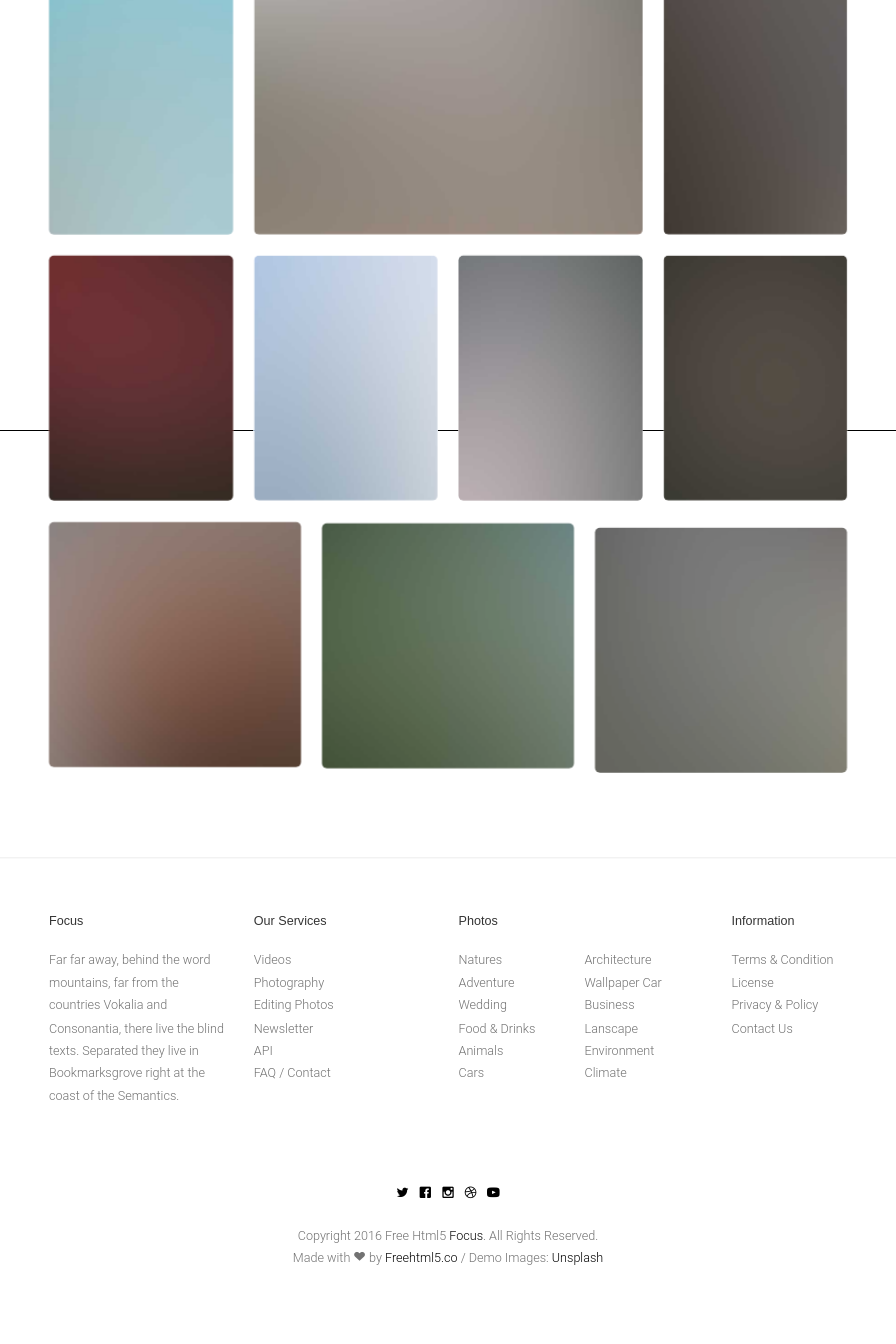
Repository: 0phis/ophis
Page: http://localhost/gallery
These files come from the project's save history. The page is drawn as it stood at one moment and after the next save; the edit follows.
The browser window is 1280 px wide. The pictures show the part of the page from y = 2290 to 4210 px (the page is 4210 px tall before and 4119 px after), at 70% of full size.
The page is served by the project's Node server (app.js). Other server files are loaded and not shown.

Above is the page before, as saved 2017-12-15 10:19:11.

### views/gallery.ejs
<!DOCTYPE html>
<html class="no-js">
	<head>
	<meta charset="utf-8">
	<meta http-equiv="X-UA-Compatible" content="IE=edge">
	<title>Focus &mdash; 100% Free Fully Responsive HTML5 Template by FREEHTML5.co</title>
	<!-- Place favicon.ico and apple-touch-icon.png in the root directory -->
	<link rel="shortcut icon" href="favicon.ico">
	 <!-- Animate.css -->
     <link rel="stylesheet" href="/stylesheets/animate.css">
	<!-- Icomoon Icon Fonts-->
	<link rel="stylesheet" href="/stylesheets/icomoon.css">
	<!-- Bootstrap  -->
	<link rel="stylesheet" href="/stylesheets/bootstrap.css">
	<!-- Magnifoc Popup  -->
    <link rel="stylesheet" href="/stylesheets/magnific-popup.css">


    <link rel="stylesheet" href="/stylesheets/style.css">

	<!-- Modernizr JS -->
    <script src="/javascripts/modernizr-2.6.2.min.js"></script>

	</head>
	<body>

	<nav id="fh5co-main-nav" role="navigation">
		<a href="#" class="js-fh5co-nav-toggle fh5co-nav-toggle active"><i></i></a>
		<div class="js-fullheight fh5co-table">
			<div class="fh5co-table-cell js-fullheight">
				<ul>
					<li><a href="/">Home</a></li>
					<li class="active"><a href="/gallery">Gallery</a></li>
					<li><a href="/about">About</a></li>
				</ul>
			</div>
		</div>
	</nav>

	<div id="fh5co-page">
		<header>
			<div class="container">
				<div class="fh5co-navbar-brand">
					<h1 class="text-center"><a class="fh5co-logo" href="/"><i class="icon-camera2"></i></a></h1>
					<a href="#" class="js-fh5co-nav-toggle fh5co-nav-toggle"><i></i></a>
				</div>
			</div>
		</header>
		<div id="fh5co-intro-section">
			<div class="container">
				<div class="row">
					<div class="col-md-8 col-md-offset-2 text-center animate-box">
						<h2 class="intro-heading">Our Gallery &amp; Collection</h2>
					</div>
				</div>
			</div>
		</div>
		<div id="fh5co-photos-section">
			<div class="container">
				<div class="row text-center">
					<div class="col-md-4 animate-box">
						<a href="/images/pic1.jpg" class="grid-photo img-popup" style="background-image: url(images/pic1.jpg);">
							<div class="desc">
								<h3>Camera</h3>
								<span>12 Photos</span>
							</div>
						</a>
					</div>
					<div class="col-md-4 animate-box">
						<a href="/images/pic3.jpg" class="grid-photo img-popup" style="background-image: url(images/pic3.jpg);">
							<div class="desc">
								<h3>Wedding</h3>
								<span>100 Photos</span>
							</div>
						</a>
					</div>
					<div class="col-md-4 animate-box">
						<a href="/images/pic4.jpg" class="grid-photo img-popup" style="background-image: url(images/pic4.jpg);">
							<div class="desc">
								<h3>Drinks</h3>
								<span>45 Photos</span>
							</div>
						</a>
					</div>
					<div class="col-md-6 animate-box">
						<a href="/images/pic5.jpg" class="grid-photo img-popup" style="background-image: url(images/pic5.jpg);">
							<div class="desc">
								<h3>Model</h3>
								<span>12 Photos</span>
							</div>
						</a>
					</div>
					<div class="col-md-6 animate-box">
						<a href="/images/pic6.jpg" class="grid-photo img-popup" style="background-image: url(images/pic6.jpg);">
							<div class="desc">
								<h3>Interior Design</h3>
								<span>87 Photos</span>
							</div>
						</a>
					</div>
					<div class="col-md-3 animate-box">
						<a href="/images/pic7.jpg" class="grid-photo img-popup" style="background-image: url(images/pic7.jpg);">
							<div class="desc">
								<h3>Car</h3>
								<span>32 Photos</span>
							</div>
						</a>
					</div>
					<div class="col-md-6 animate-box">
						<a href="/images/pic8.jpg" class="grid-photo img-popup" style="background-image: url(images/pic8.jpg);">
							<div class="desc">
								<h3>Hand</h3>
								<span>14 Photos</span>
							</div>
						</a>
					</div>
					<div class="col-md-3 animate-box">
						<a href="/images/pic9.jpg" class="grid-photo img-popup" style="background-image: url(images/pic9.jpg);">
							<div class="desc">
								<h3>Girl</h3>
								<span>12 Photos</span>
							</div>
						</a>
					</div>
					<div class="col-md-6 animate-box">
						<a href="/images/pic10.jpg" class="grid-photo img-popup" style="background-image: url(images/pic10.jpg);">
							<div class="desc">
								<h3>Animals</h3>
								<span>22 Photos</span>
							</div>
						</a>
					</div>
					<div class="col-md-6 animate-box">
						<a href="/images/pic11.jpg" class="grid-photo img-popup" style="background-image: url(images/pic11.jpg);">
							<div class="desc">
								<h3>Duck</h3>
								<span>16 Photos</span>
							</div>
						</a>
					</div>
					<div class="col-md-4 animate-box">
						<a href="/images/pic12.jpg" class="grid-photo img-popup" style="background-image: url(images/pic12.jpg);">
							<div class="desc">
								<h3>Food</h3>
								<span>98 Photos</span>
							</div>
						</a>
					</div>
					<div class="col-md-4 animate-box">
						<a href="/images/pic13.jpg" class="grid-photo img-popup" style="background-image: url(images/pic13.jpg);">
							<div class="desc">
								<h3>Prenup</h3>
								<span>76 Photos</span>
							</div>
						</a>
					</div>
					<div class="col-md-4 animate-box">
						<a href="/images/pic14.jpg" class="grid-photo img-popup" style="background-image: url(images/pic14.jpg);">
							<div class="desc">
								<h3>Flower</h3>
								<span>45 Photos</span>
							</div>
						</a>
					</div>
					<div class="col-md-3 animate-box">
						<a href="/images/pic15.jpg" class="grid-photo img-popup" style="background-image: url(images/pic15.jpg);">
							<div class="desc">
								<h3>Fruits</h3>
								<span>55 Photos</span>
							</div>
						</a>
					</div>
					<div class="col-md-6 animate-box">
						<a href="/images/pic16.jpg" class="grid-photo img-popup" style="background-image: url(images/pic16.jpg);">
							<div class="desc">
								<h3>Bike</h3>
								<span>21 Photos</span>
							</div>
						</a>
					</div>
					<div class="col-md-3 animate-box">
						<a href="/images/pic17.jpg" class="grid-photo img-popup" style="background-image: url(images/pic17.jpg);">
							<div class="desc">
								<h3>Lovers</h3>
								<span>45 Photos</span>
							</div>
						</a>
					</div>
					<div class="col-md-3 animate-box">
						<a href="/images/pic18.jpg" class="grid-photo img-popup" style="background-image: url(images/pic18.jpg);">
							<div class="desc">
								<h3>Flowers</h3>
								<span>19 Photos</span>
							</div>
						</a>
					</div>
					<div class="col-md-3 animate-box">
						<a href="/images/pic19.jpg" class="grid-photo img-popup" style="background-image: url(images/pic19.jpg);">
							<div class="desc">
								<h3>Arhitecture</h3>
								<span>65 Photos</span>
							</div>
						</a>
					</div>
					<div class="col-md-3 animate-box">
						<a href="/images/pic20.jpg" class="grid-photo img-popup" style="background-image: url(images/pic20.jpg);">
							<div class="desc">
								<h3>Hand</h3>
								<span>12 Photos</span>
							</div>
						</a>
					</div>
					<div class="col-md-3 animate-box">
						<a href="/images/pic21.jpg" class="grid-photo img-popup" style="background-image: url(images/pic21.jpg);">
							<div class="desc">
								<h3>Flower</h3>
								<span>12 Photos</span>
							</div>
						</a>
					</div>
					<div class="col-md-4 animate-box">
						<a href="/images/pic22.jpg" class="grid-photo img-popup" style="background-image: url(images/pic22.jpg);">
							<div class="desc">
								<h3>Food</h3>
								<span>85 Photos</span>
							</div>
						</a>
					</div>
					<div class="col-md-4 animate-box">
						<a href="/images/pic23.jpg" class="grid-photo img-popup" style="background-image: url(images/pic23.jpg);">
							<div class="desc">
								<h3>Flower</h3>
								<span>88 Photos</span>
							</div>
						</a>
					</div>
					<div class="col-md-4 animate-box">
						<a href="/images/pic24.jpg" class="grid-photo img-popup" style="background-image: url(images/pic24.jpg);">
							<div class="desc">
								<h3>Modeling</h3>
								<span>100 Photos</span>
							</div>
						</a>
					</div>

				</div>
			</div>
		</div>
		<footer>
			<div id="footer">
				<div class="container">
					<div class="row">
						<div class="col-md-3">
							<h3 class="section-title">Focus</h3>
							<p>Far far away, behind the word mountains, far from the countries Vokalia and Consonantia, there live the blind texts. Separated they live in Bookmarksgrove right at the coast of the Semantics.</p>
						</div>

						<div class="col-md-3">
							<h3 class="section-title">Our Services</h3>
							<ul>
								<li><a href="#">Videos</a></li>
								<li><a href="#">Photography</a></li>
								<li><a href="#">Editing Photos</a></li>
								<li><a href="#">Newsletter</a></li>
								<li><a href="#">API</a></li>
								<li><a href="#">FAQ / Contact</a></li>
							</ul>
						</div>

						<div class="col-md-4">
							<h3 class="section-title">Photos</h3>
							<ul class="float">
								<li><a href="#">Natures</a></li>
								<li><a href="#">Adventure</a></li>
								<li><a href="#">Wedding</a></li>
								<li><a href="#">Food &amp; Drinks</a></li>
								<li><a href="#">Animals</a></li>
								<li><a href="#">Cars</a></li>
							</ul>
							<ul class="float">
								<li><a href="#">Architecture</a></li>
								<li><a href="#">Wallpaper Car</a></li>
								<li><a href="#">Business</a></li>
								<li><a href="#">Lanscape</a></li>
								<li><a href="#">Environment</a></li>
								<li><a href="#">Climate</a></li>
							</ul>
						</div>
						<div class="col-md-2">
							<h3 class="section-title">Information</h3>
							<ul>
								<li><a href="#">Terms &amp; Condition</a></li>
								<li><a href="#">License</a></li>
								<li><a href="#">Privacy &amp; Policy</a></li>
								<li><a href="#">Contact Us</a></li>
							</ul>
						</div>
					</div>
					<div class="row copy-right">
						<div class="col-md-6 col-md-offset-3 text-center">
							<p class="fh5co-social-icon">
								<a href="#"><i class="icon-twitter2"></i></a>
								<a href="#"><i class="icon-facebook2"></i></a>
								<a href="#"><i class="icon-instagram"></i></a>
								<a href="#"><i class="icon-dribbble2"></i></a>
								<a href="#"><i class="icon-youtube"></i></a>
							</p>
							<p>Copyright 2016 Free Html5 <a href="#">Focus</a>. All Rights Reserved. <br>Made with <i class="icon-heart3"></i> by <a href="http://freehtml5.co/" target="_blank">Freehtml5.co</a> / Demo Images: <a href="https://unsplash.com/" target="_blank">Unsplash </a></p>
						</div>
					</div>
				</div>
			</div>
		</footer>

	</div>

	<!-- jQuery -->
	<script src="/javascripts/jquery.min.js"></script>
	<!-- jQuery Easing -->
	<script src="/javascripts/jquery.easing.1.3.js"></script>
	<!-- Bootstrap -->
	<script src="/javascripts/bootstrap.min.js"></script>
	<!-- Waypoints -->
	<script src="/javascripts/jquery.waypoints.min.js"></script>
	<!-- Counters -->
	<script src="/javascripts/jquery.countTo.js"></script>
	<!-- Magnific Popup -->
    <script type="text/javascript" src="/javascripts/jquery.magnific-popup.min.js"></script>

	<!-- Main JS (Do not remove) -->
	<script src="/javascripts/main.js"></script>

	</body>
</html>

Loaded but not shown: public/stylesheets/animate.css (library); public/stylesheets/icomoon.css (common file); public/stylesheets/bootstrap.css (library); public/stylesheets/magnific-popup.css (library); public/javascripts/modernizr-2.6.2.min.js (library); public/javascripts/jquery.min.js (library); public/javascripts/jquery.easing.1.3.js (library); public/javascripts/bootstrap.min.js (library); public/javascripts/jquery.waypoints.min.js (library); public/javascripts/jquery.countTo.js (library); public/javascripts/jquery.magnific-popup.min.js (library); public/javascripts/main.js (131 lines, source omitted); app.js (46 lines, source omitted); routes/index.js (14 lines, source omitted); public/stylesheets/style.css (775 lines, source omitted)

After the next save:
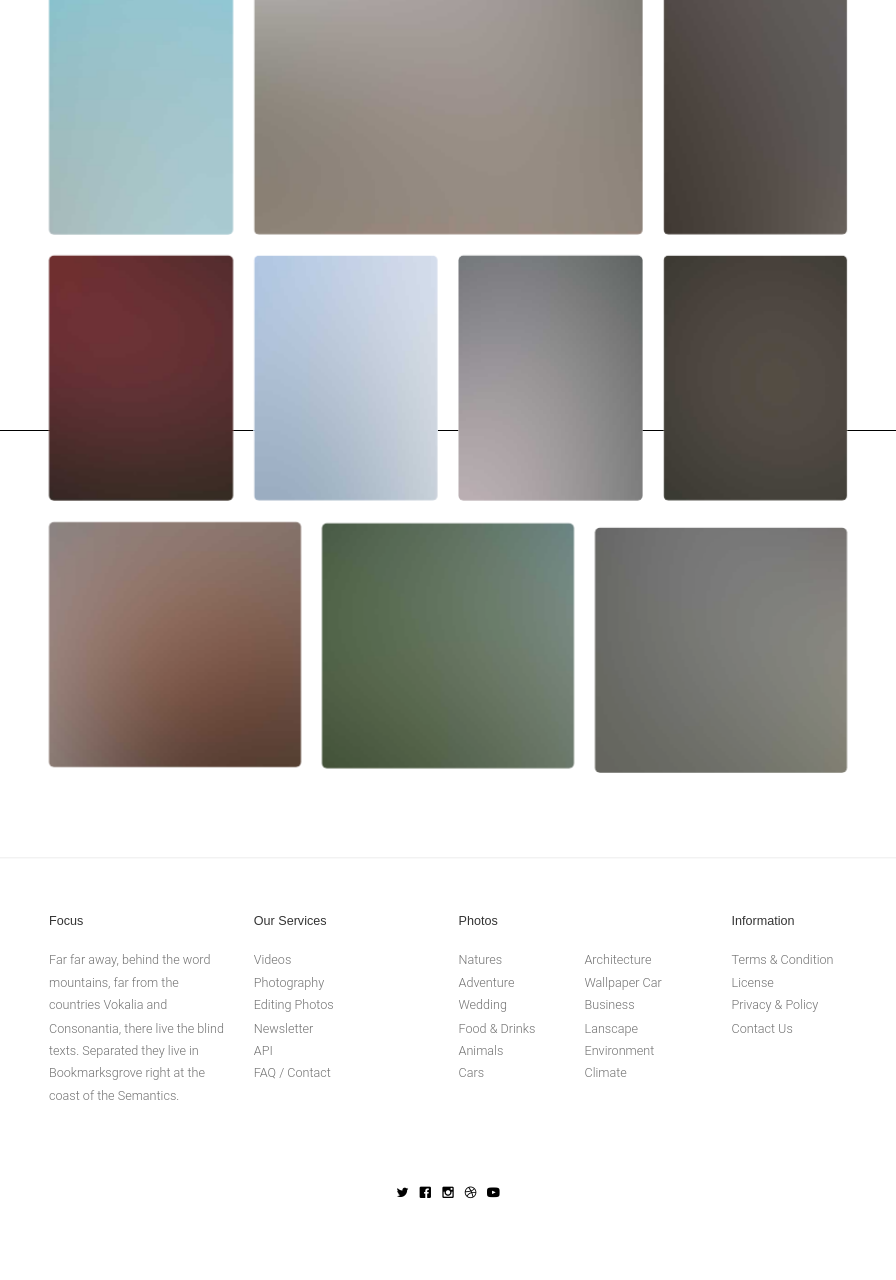
Saved 14 s later.
--- a/views/gallery.ejs
+++ b/views/gallery.ejs
@@ -305,7 +305,6 @@
 								<a href="#"><i class="icon-dribbble2"></i></a>
 								<a href="#"><i class="icon-youtube"></i></a>
 							</p>
-							<p>Copyright 2016 Free Html5 <a href="#">Focus</a>. All Rights Reserved. <br>Made with <i class="icon-heart3"></i> by <a href="http://freehtml5.co/" target="_blank">Freehtml5.co</a> / Demo Images: <a href="https://unsplash.com/" target="_blank">Unsplash </a></p>
 						</div>
 					</div>
 				</div>
